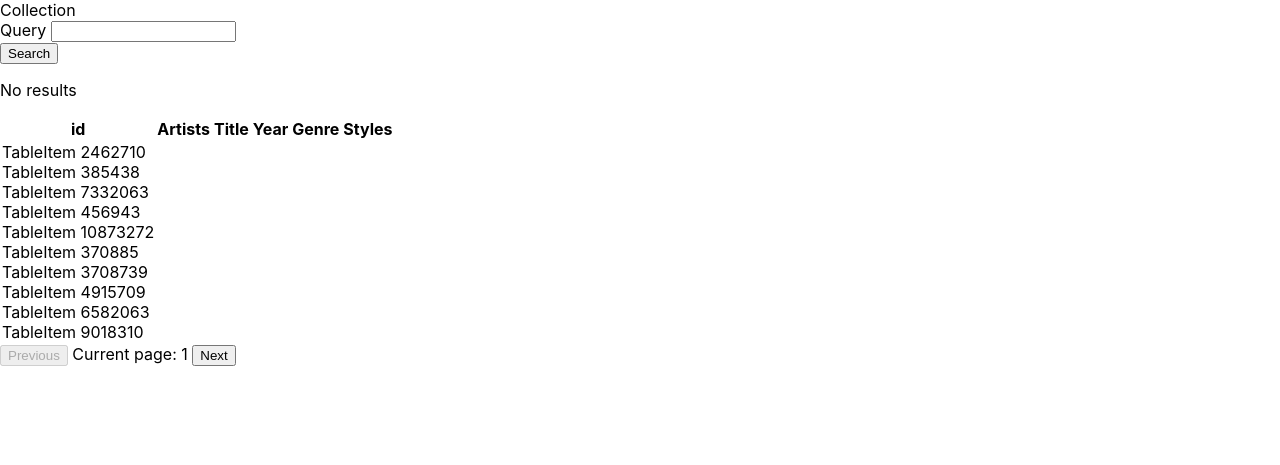
Repository: ivan-baljkas/pristupni_zadatak
Page: / (app in frontend/react-akademija-master/)
These files come from the project's save history. The page is drawn as it stood at one moment and after the next save; the edit follows.
The browser window is 1280 px wide. The pictures show the whole page.
The project was rebuilt for these pictures with package versions that can differ from the ones it lists, and the page was loaded fresh each time.

Above is the page before, as saved 2021-07-21 13:23:39.

After the next save:
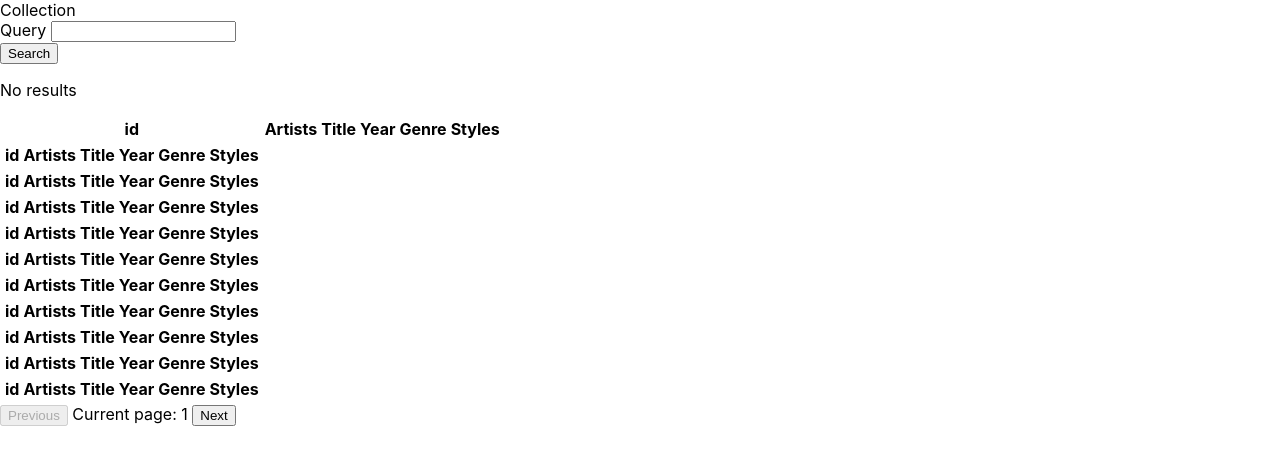
Saved 30 s later.
--- a/frontend/react-akademija-master/src/components/TableItem.jsx
+++ b/frontend/react-akademija-master/src/components/TableItem.jsx
@@ -4,7 +4,14 @@ export const TableItem = (props) =>{
 
     return(
         <div>
-            TableItem {props.id}
+                <tr>
+                    <th>id</th>
+                    <th>Artists</th>
+                    <th>Title</th>
+                    <th>Year</th>
+                    <th>Genre</th>
+                    <th>Styles</th>
+                </tr>
         </div>
     );
 };
